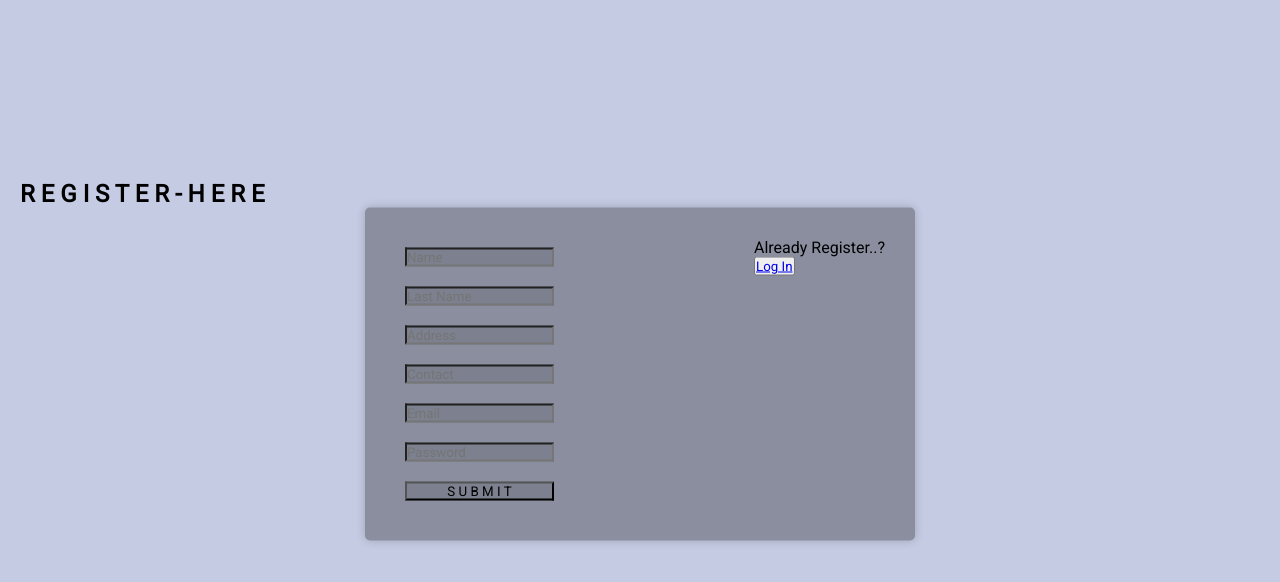
Repository: Krushna26nk/WebApplication
Page: http://localhost/Application/
These files come from the project's save history. The page is drawn as it stood at one moment and after the next save; the edit follows.
The browser window is 1280 px wide. The pictures show the whole page.
The page is served by Tomcat 9.

Above is the page before, as saved 2019-05-31 13:31:17.

After the next save:
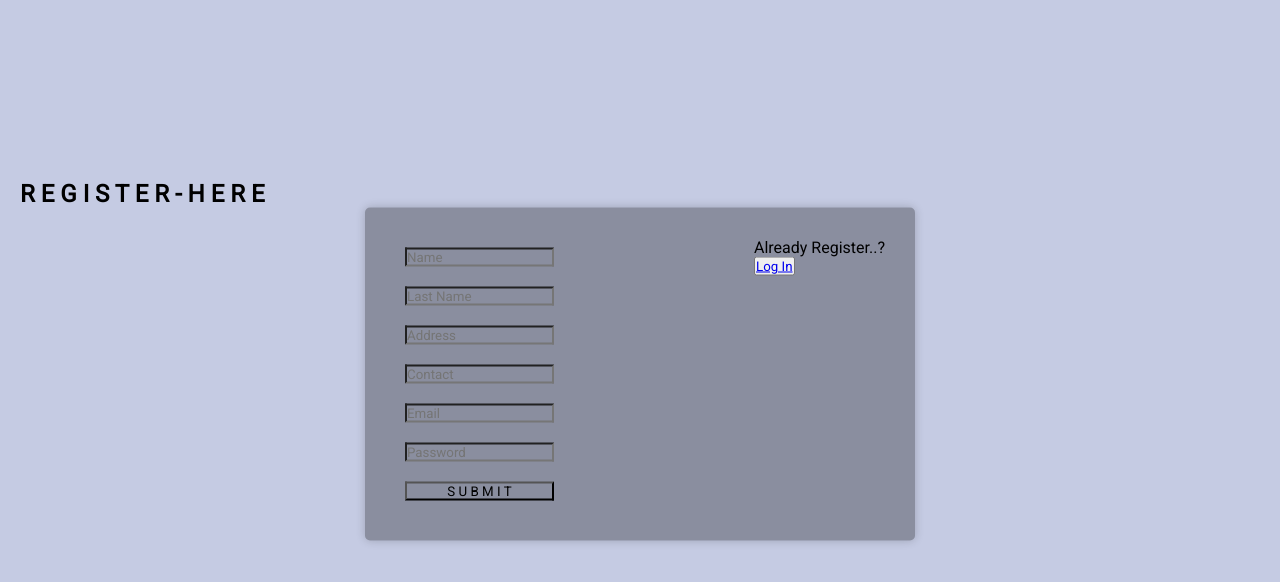
Saved 43 s later.
--- a/web/Application/WebContent/Style.css
+++ b/web/Application/WebContent/Style.css
@@ -39,5 +39,5 @@ body{
 .alreadyDiv .para .button,
 .inputFields .input{
 	margin:10px;
-	background:rgba(0,0,0,0.1);
+	background:transparent;
 }
